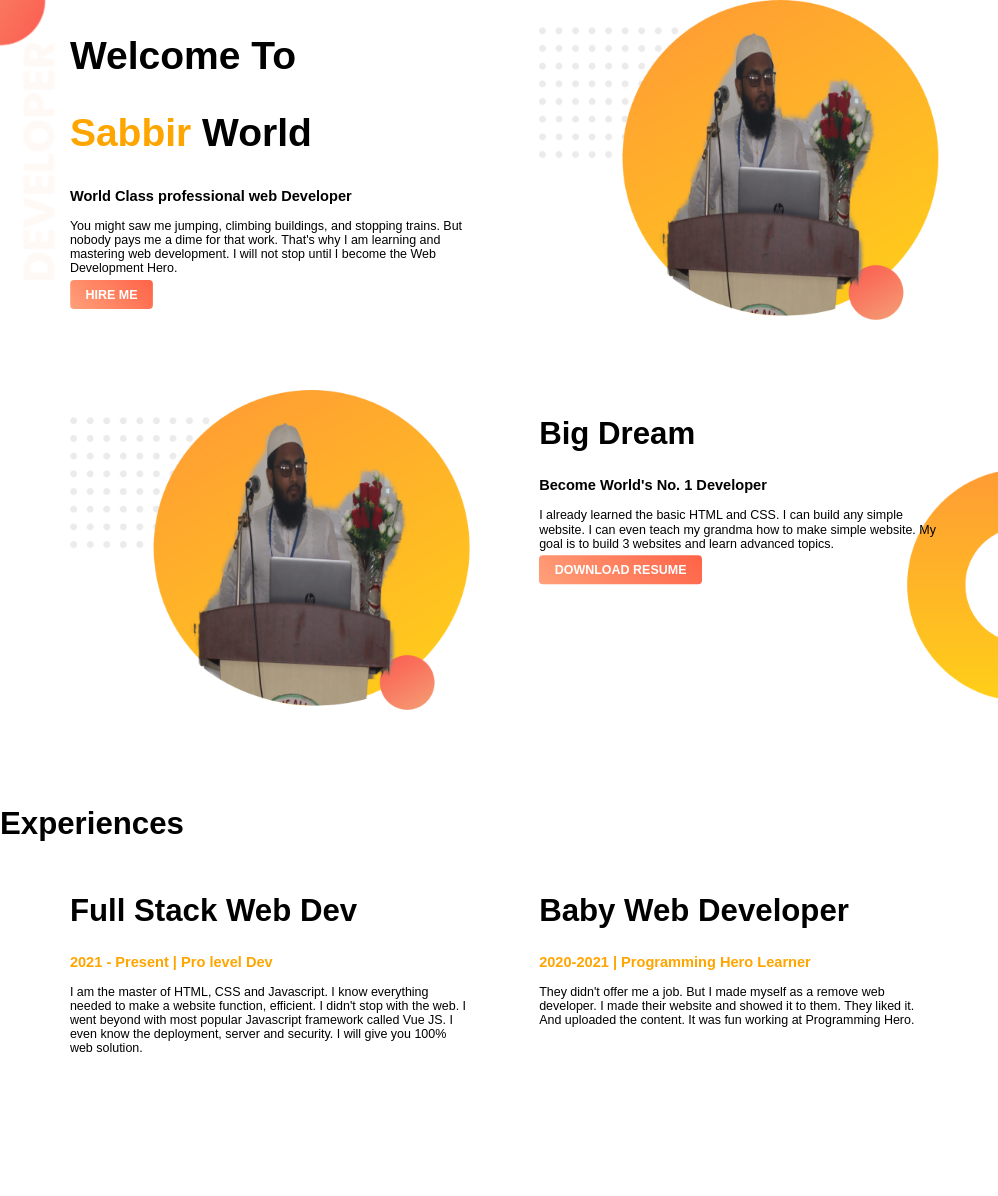
Repository: sabbircse3/web-protfolio
Page: index.html
These files come from the project's save history. The page is drawn as it stood at one moment and after a run of saves; the edit follows.
The browser window is 1280 px wide. The pictures show the whole page, at 78% of full size.

Above is the page before, as saved 2021-01-04 10:43:10.

After the next 5 saves:
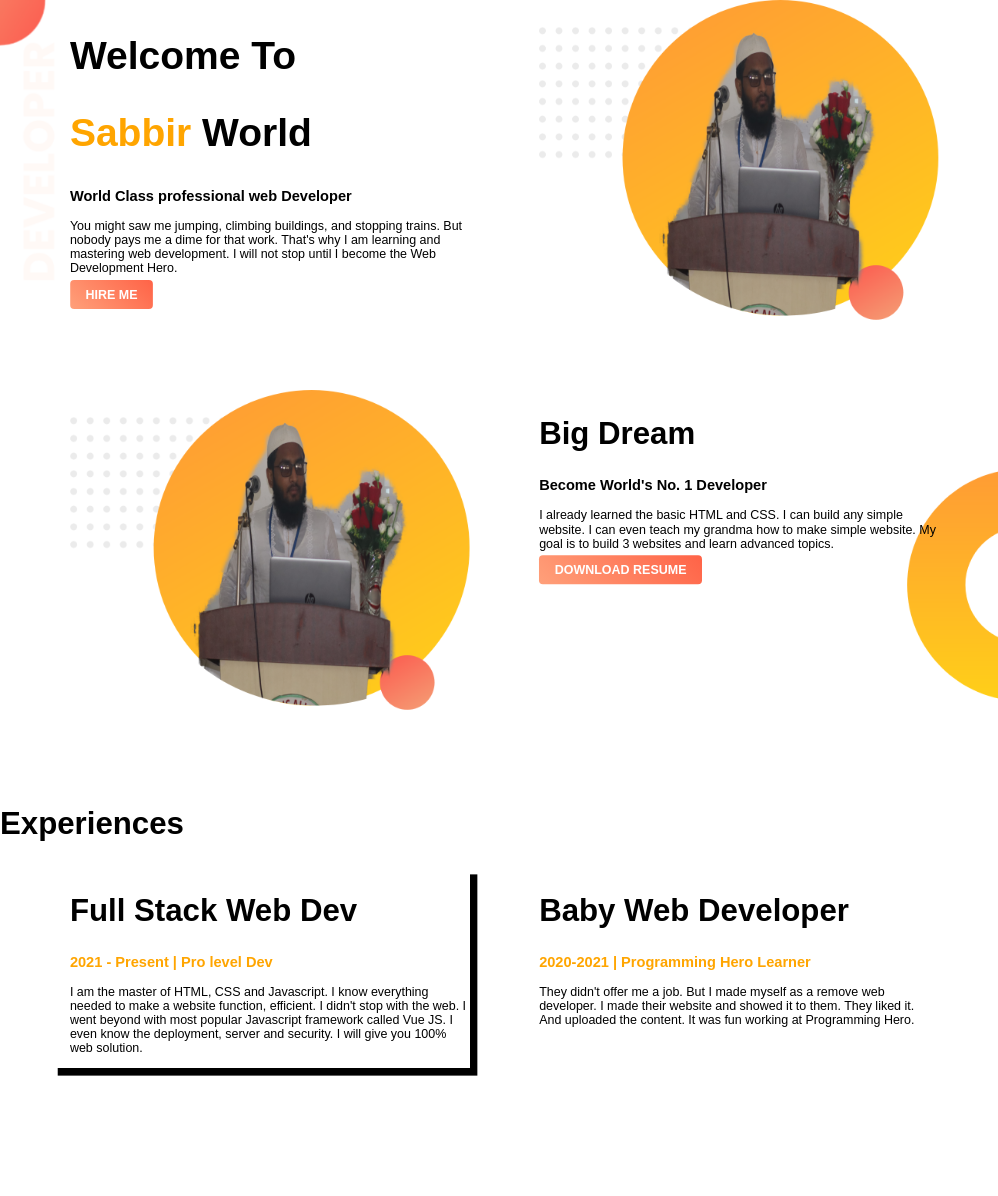
The 5 saves are shown as one change because they came seconds apart.
The last was saved 13 s later.
--- a/style.css
+++ b/style.css
@@ -47,5 +47,5 @@ section{
     color: orange;
 }
 .single-experience{
-    box-shadow: ;
+    box-shadow: 10px 10px;
 }
